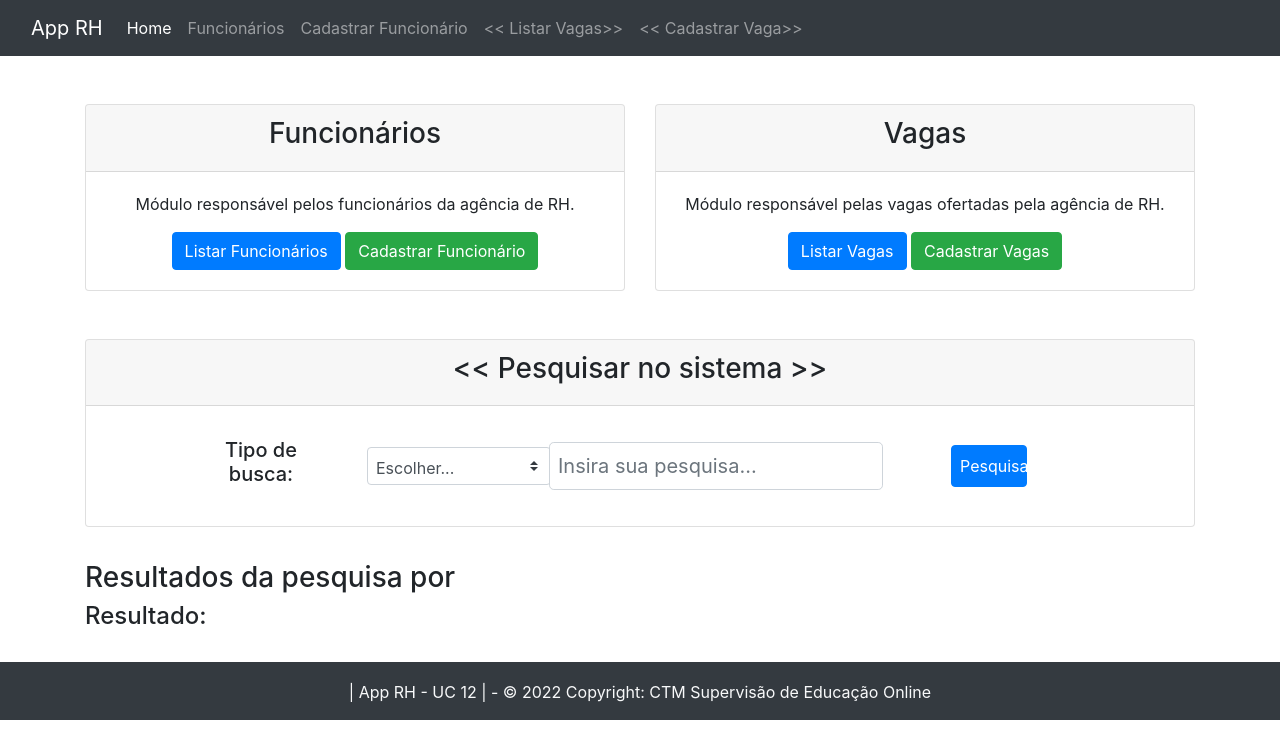
Repository: FilosoDev/SPRING-BOOT-testes
Page: http://localhost/index
These files come from the project's save history. The page is drawn as it stood at one moment and after the next save; the edit follows.
The browser window is 1280 px wide. The pictures show the whole page.
The page is this project's Thymeleaf template; nobody is signed in. The template is opened directly, without the code that normally fills it, so the values that code supplies are empty.

Above is the page before, as saved 2021-11-23 18:01:00.
Console error: TypeError: Cannot read properties of undefined (reading 'fn')

After the next save:
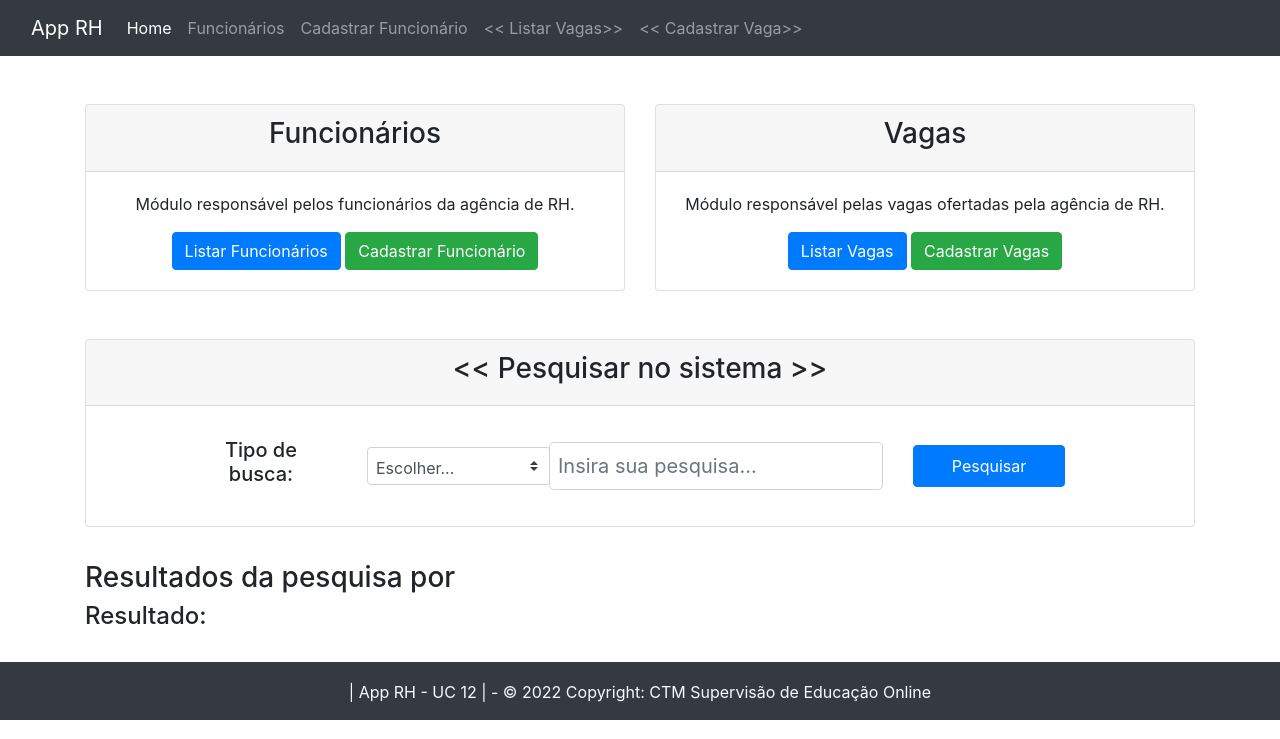
Saved 6 s later.
--- a/AppRH/AppRH/src/main/resources/templates/index.html
+++ b/AppRH/AppRH/src/main/resources/templates/index.html
@@ -135,7 +135,7 @@
 
 							<div class="col col-14 col-md-2">
 
-								<button class="btn btn-primary my-3 p-2 w-50" type="submit">Pesquisar</button>
+								<button class="btn btn-primary my-3 p-2 w-100" type="submit">Pesquisar</button>
 
 							</div>
 						</div>
